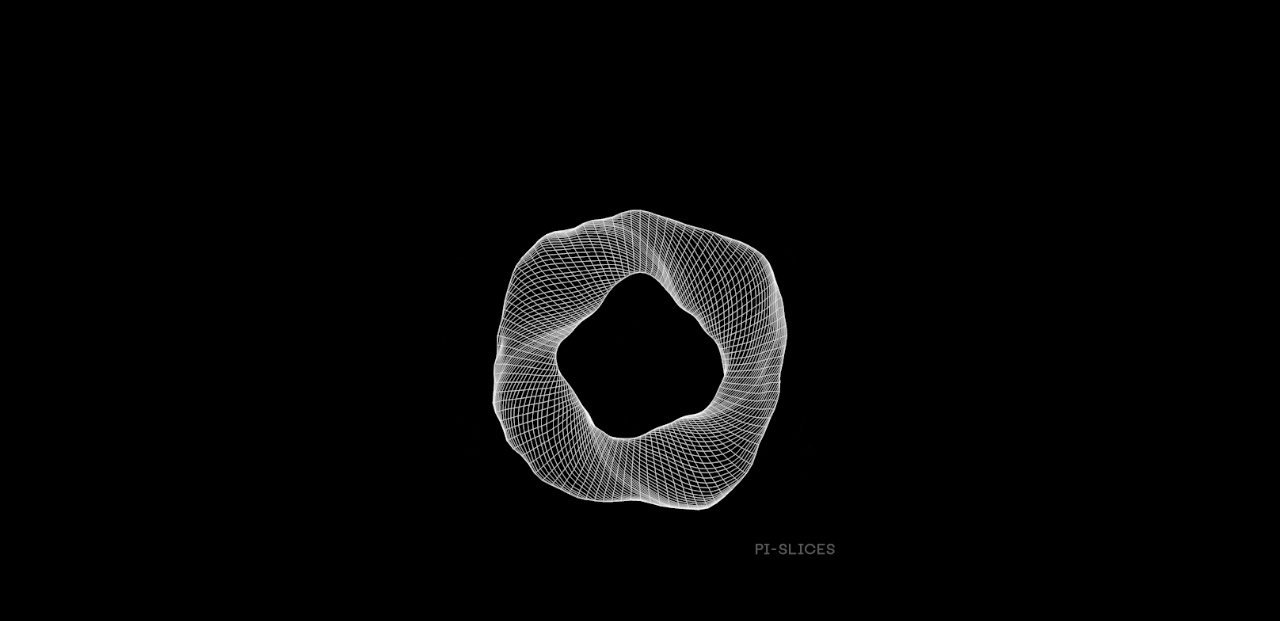
Repository: Csiddharth7906/MovieAppUpdatedVersion
Page: / (app in MVXC-MovieWebApplication/)
These files come from the project's save history. The page is drawn as it stood at one moment and after the next save; the edit follows.
The browser window is 1280 px wide. The pictures show the whole page.
The page's requests for data from a server got no answer. Some web libraries are served in a nearby version. The project was rebuilt for these pictures with package versions that can differ from the ones it lists, and the page was loaded fresh each time. No one was signed in, and anything a server would have sent is missing. Also part of the build but not shown: MVXC-MovieWebApplication/vite.config.js, MVXC-MovieWebApplication/src/templates/Sidenav.jsx, MVXC-MovieWebApplication/src/templates/Topnav.jsx, MVXC-MovieWebApplication/src/templates/Header.jsx, MVXC-MovieWebApplication/src/templates/DropDown.jsx, MVXC-MovieWebApplication/src/templates/HorizontalCards.jsx.

Above is the page before, as saved 2025-06-18 10:53:26.

After the next save:
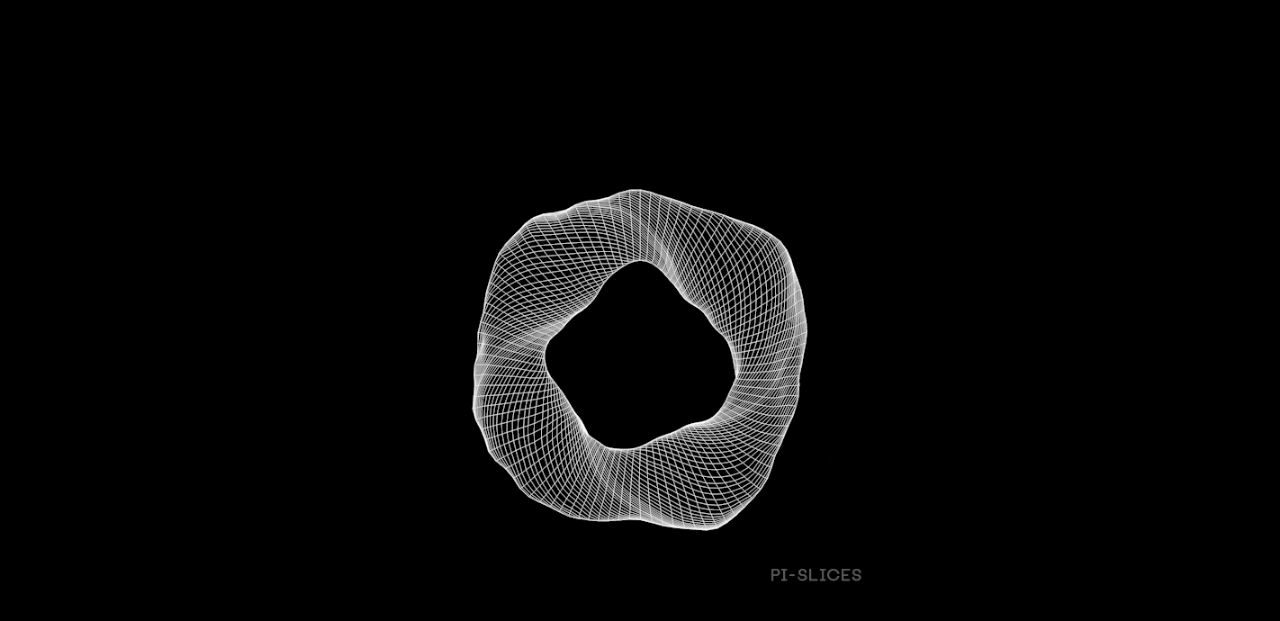
Saved 18 s later.
--- a/MVXC-MovieWebApplication/src/components/Loading.jsx
+++ b/MVXC-MovieWebApplication/src/components/Loading.jsx
@@ -3,7 +3,7 @@ import loader  from '/loader.gif'
 const Loading = () => {
   return (
     <div className='w-screen h-screen flex justify-center items-center bg-black '>
-        <img  className='h-[50%] scale-110 object-cover' src={loader} alt="" />
+        <img  className='h-[50%] scale-125 object-cover' src={loader} alt="" />
     </div>
   )
 }
